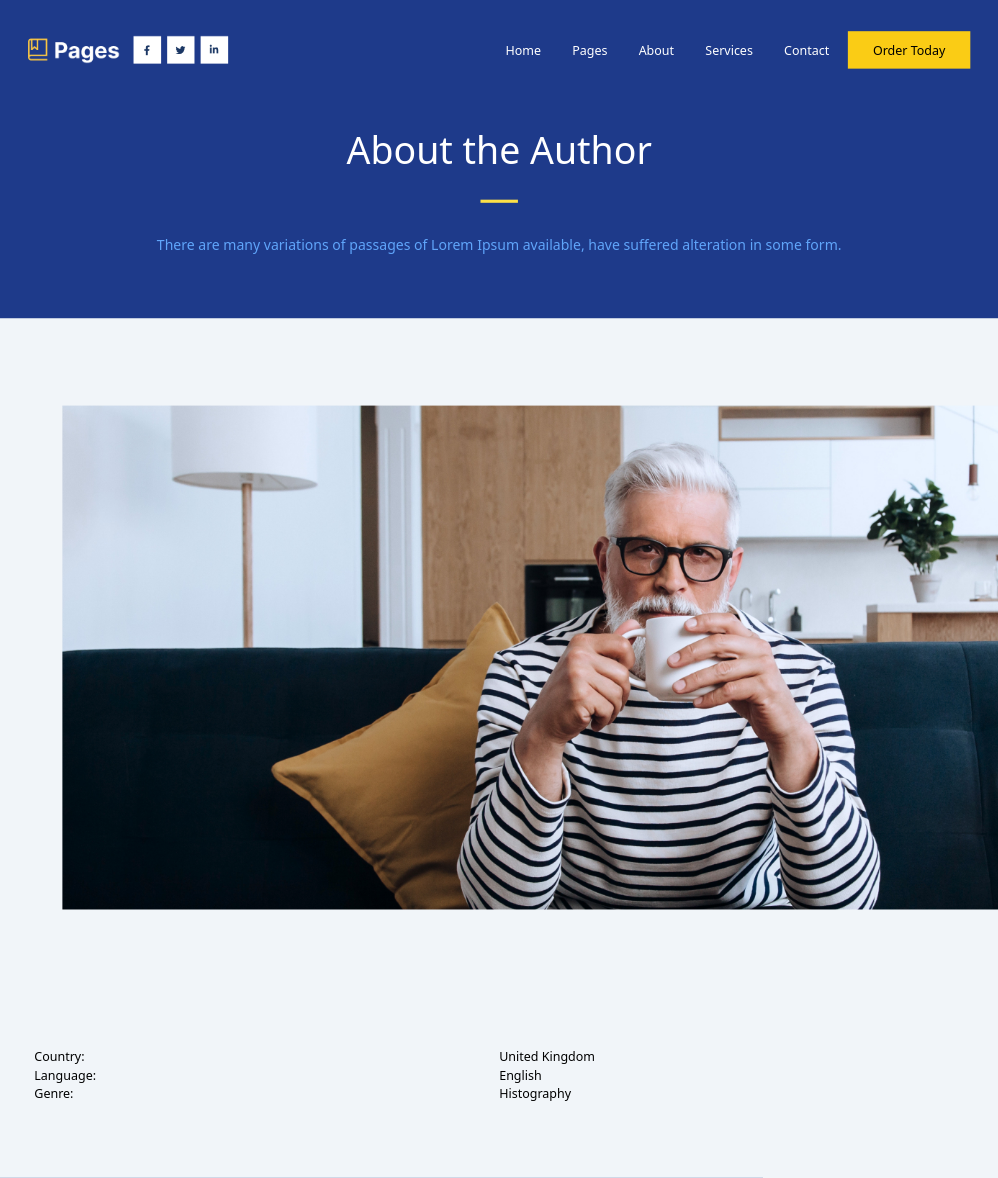
Repository: Godnorg/Class3
Page: index.html
An editor plug-in stored every save of this project. The page is shown before and after the next save, followed by the edit.
The browser window is 1280 px wide. The pictures show the whole page, at 78% of full size.
Some web libraries are served in a nearby version.

Above is the page before, as saved 2023-02-19 01:55:54.

After the next save:
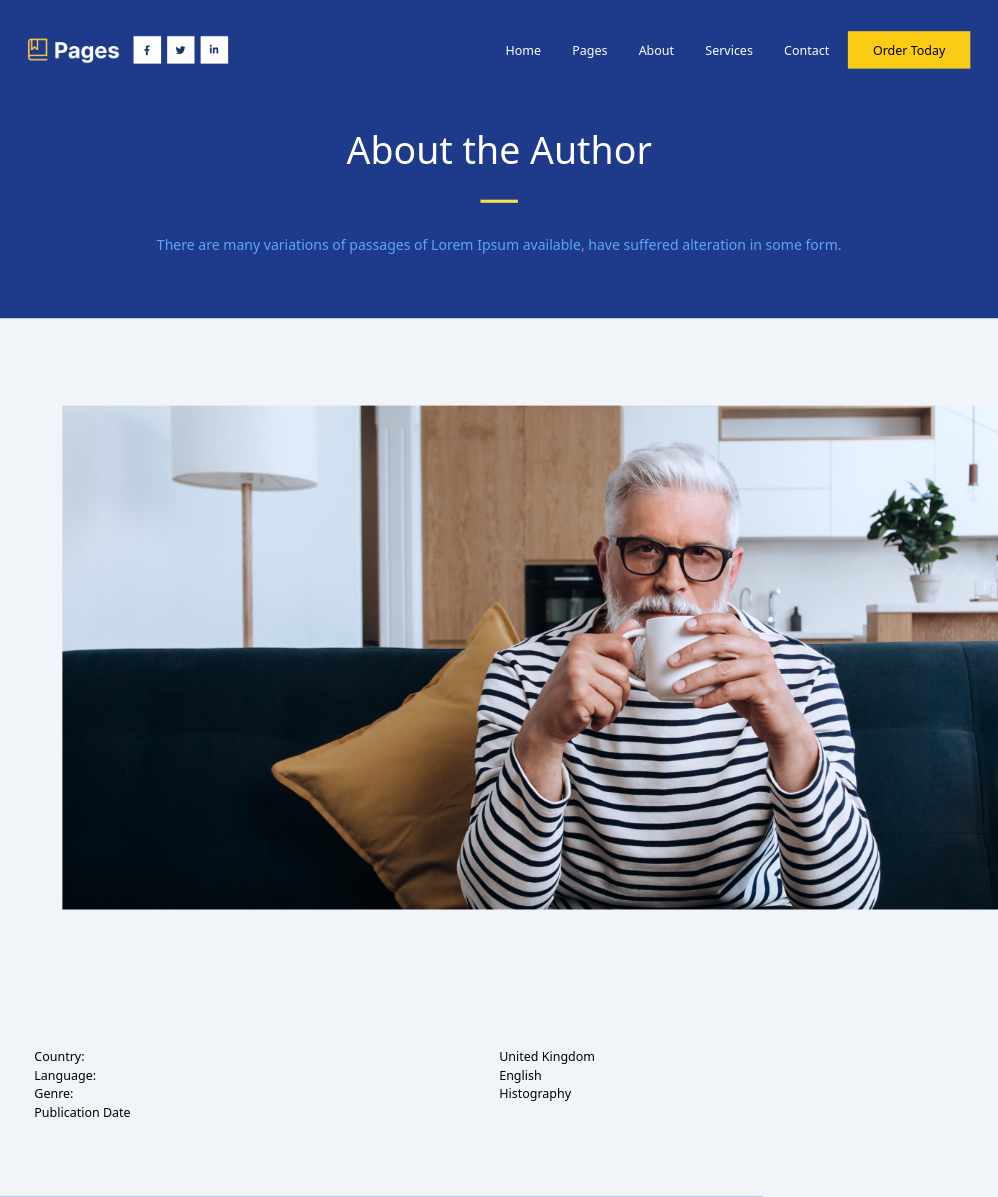
Saved 14 s later.
--- a/index.html
+++ b/index.html
@@ -43,6 +43,7 @@
                 <p>English</p>
                 <h2>Genre:</h2>
                 <p>Histography</p>
+                <h2>Publication Date</h2>
             </div>
         </div>
     </div>
